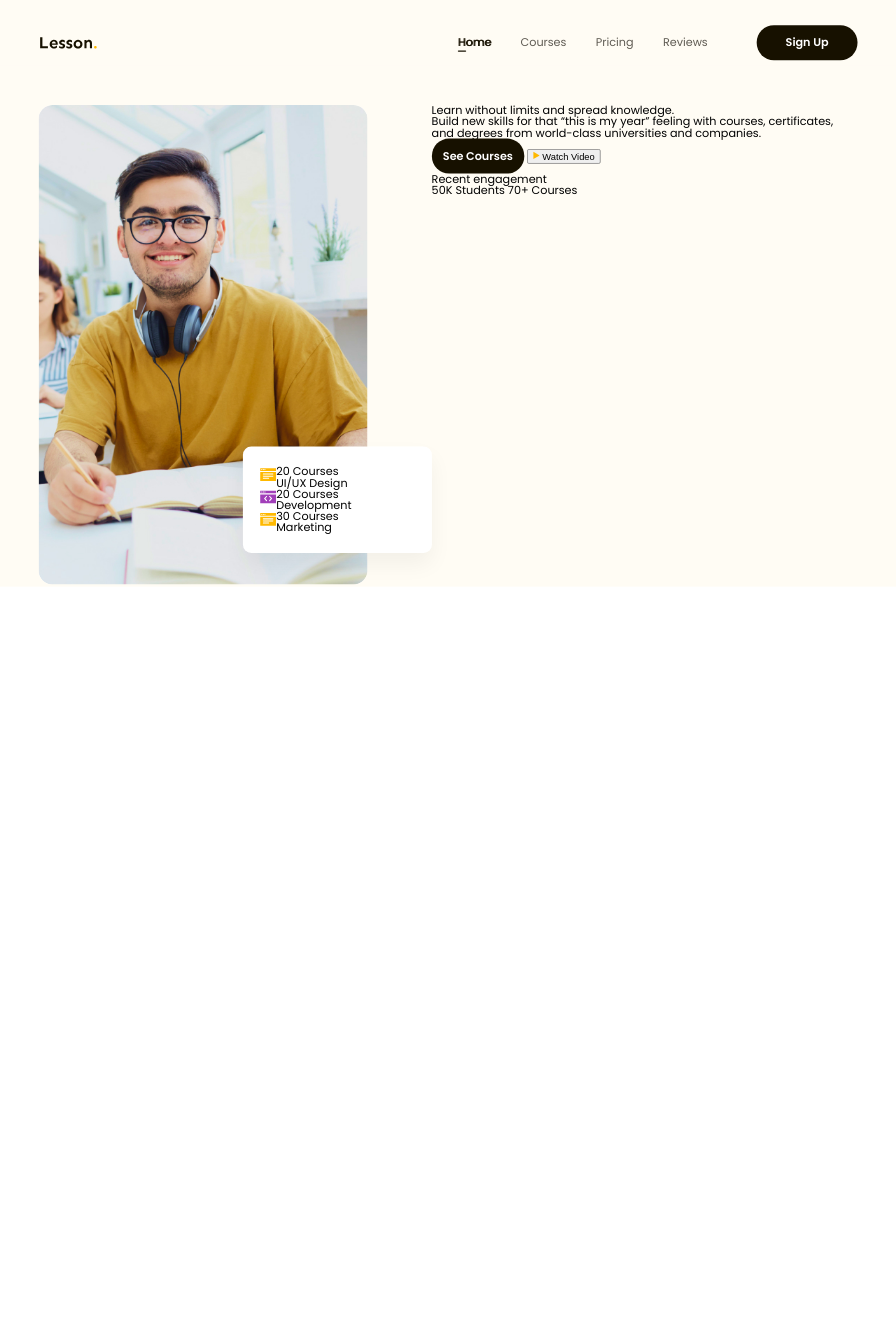
Repository: Tibi2003/f8-htmlcss-02
Page: index.html
These files come from the project's save history. The page is drawn as it stood at one moment and after the next save; the edit follows.
The browser window is 1280 px wide. The pictures show the part of the page from y = 0 to 1920 px (the page is 5000 px tall), at 70% of full size.

Above is the page before, as saved 2024-03-07 09:45:58.

After the next save:
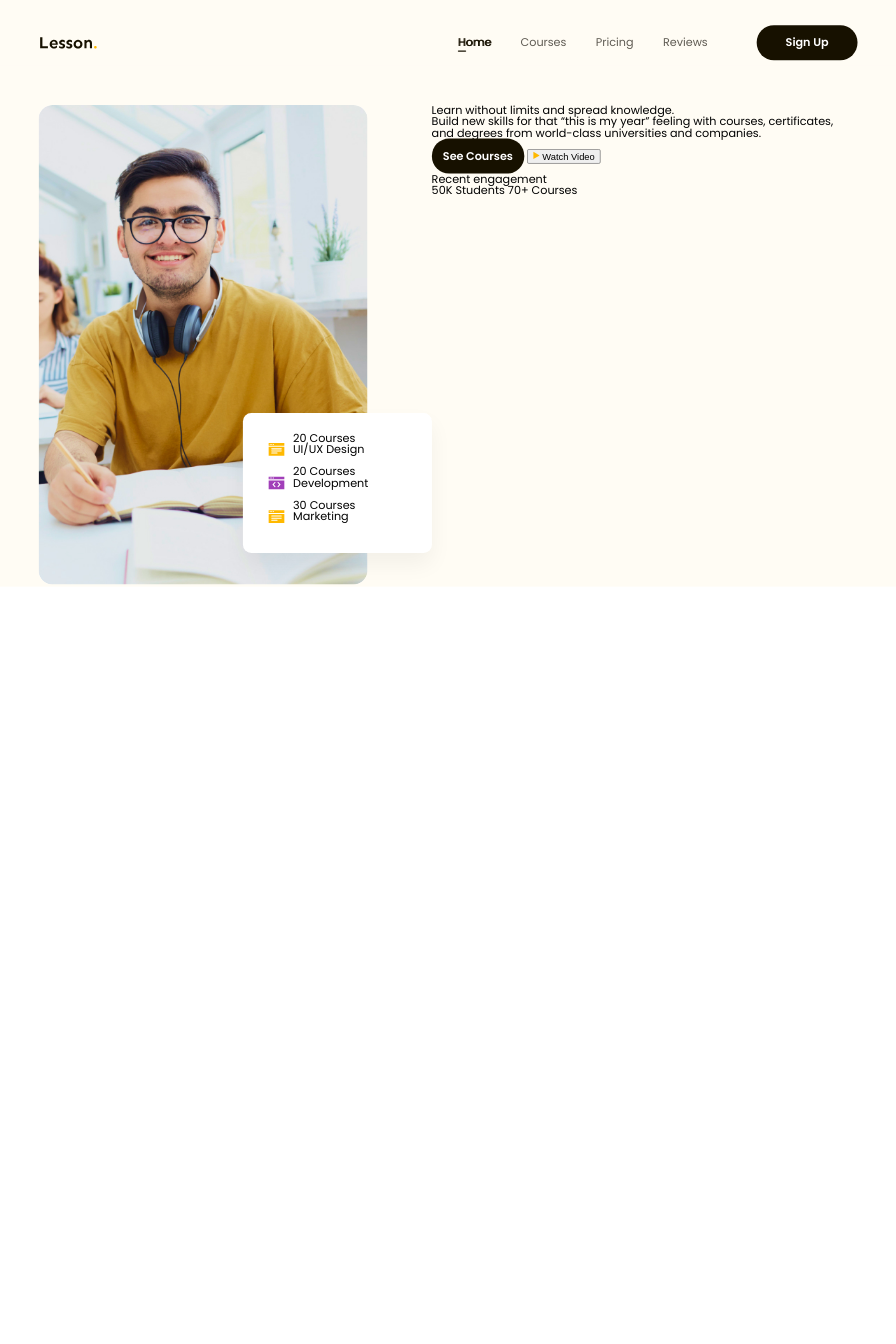
Saved 16 min 0 s later.
--- a/assets/css/styles.css
+++ b/assets/css/styles.css
@@ -131,6 +131,15 @@ a {
 	display: flex;
 }
 
+.hero-summary .icon {
+	width: 48px;
+	height: 48px;
+	border-radius: 50%;
+	display: flex;
+	align-items: center;
+	justify-content: center;
+}
+
 .hero .content-block {
 	width: 52%;
 }
